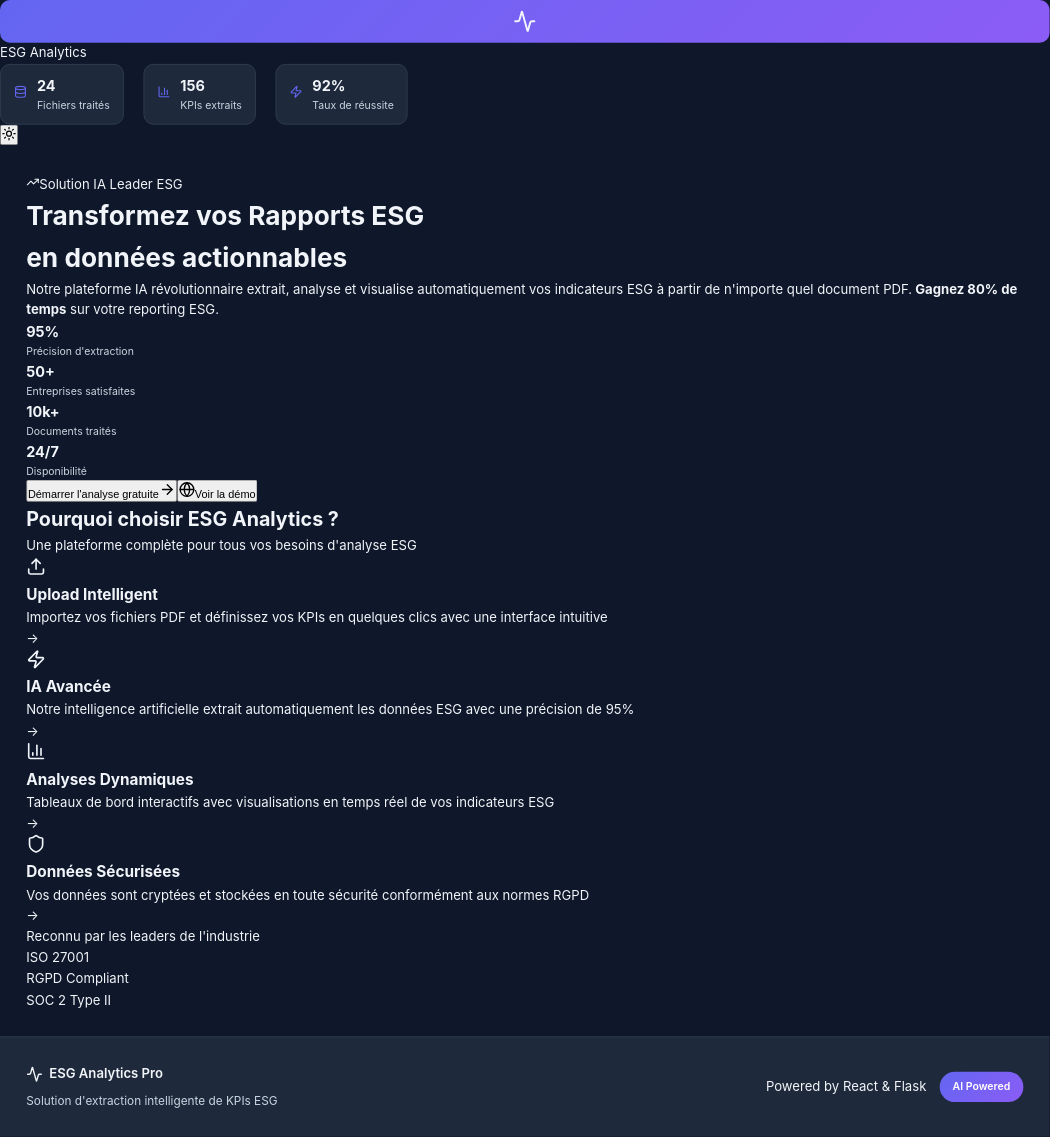
Repository: MaycemSaad/ESG_banchmarking_Project
Page: / (app in frontend/)
The author's editor kept a copy of each file at every save. The page is drawn from the files as they stood at one save, then again after the next save.
The browser window is 1280 px wide. The pictures show the whole page, at 82% of full size.
The project was rebuilt for these pictures with package versions that can differ from the ones it lists, and the page was loaded fresh each time. Also part of the build but not shown: frontend/src/components/FileUpload.css, frontend/src/components/FileUpload.js, frontend/src/components/FileAnalysis.css, frontend/src/components/FileAnalysis.js, frontend/src/components/Dashboard.css, frontend/src/components/Dashboard.js.

Above is the page before, as saved 2025-10-25 21:38:17.

### frontend/public/index.html
<!DOCTYPE html>
<html lang="en">
  <head>
    <meta charset="utf-8" />
    <link rel="icon" href="%PUBLIC_URL%/favicon.ico" />
    <meta name="viewport" content="width=device-width, initial-scale=1" />
    <meta name="theme-color" content="#000000" />
    <meta
      name="description"
      content="ESG KPI Extractor - Visual interface for ESG KPI extraction"
    />
    <title>ESG KPI Extractor</title>
  </head>
  <body>
    <noscript>You need to enable JavaScript to run this app.</noscript>
    <div id="root"></div>
  </body>
</html>

### frontend/src/index.css
body {
  margin: 0;
  font-family: -apple-system, BlinkMacSystemFont, 'Segoe UI', 'Roboto', 'Oxygen',
    'Ubuntu', 'Cantarell', 'Fira Sans', 'Droid Sans', 'Helvetica Neue',
    sans-serif;
  -webkit-font-smoothing: antialiased;
  -moz-osx-font-smoothing: grayscale;
  background-color: #f8f9fa;
}

code {
  font-family: source-code-pro, Menlo, Monaco, Consolas, 'Courier New',
    monospace;
}

* {
  box-sizing: border-box;
}

#root {
  min-height: 100vh;
}

### frontend/src/components/Home.js
import React from 'react';
import { Upload, BarChart3, Zap, ArrowRight, Shield, TrendingUp, Globe, Database } from 'lucide-react';

const Home = ({ onGetStarted, darkMode }) => {
  const features = [
    {
      icon: <Upload size={24} />,
      title: "Upload Intelligent",
      description: "Importez vos fichiers PDF et définissez vos KPIs en quelques clics avec une interface intuitive"
    },
    {
      icon: <Zap size={24} />,
      title: "IA Avancée",
      description: "Notre intelligence artificielle extrait automatiquement les données ESG avec une précision de 95%"
    },
    {
      icon: <BarChart3 size={24} />,
      title: "Analyses Dynamiques",
      description: "Tableaux de bord interactifs avec visualisations en temps réel de vos indicateurs ESG"
    },
    {
      icon: <Shield size={24} />,
      title: "Données Sécurisées",
      description: "Vos données sont cryptées et stockées en toute sécurité conformément aux normes RGPD"
    }
  ];

  const stats = [
    { value: "95%", label: "Précision d'extraction" },
    { value: "50+", label: "Entreprises satisfaites" },
    { value: "10k+", label: "Documents traités" },
    { value: "24/7", label: "Disponibilité" }
  ];

  return (
    <div className="home-fullscreen">
      {/* Background animé */}
      <div className="background-animation">
        <div className="floating-shapes">
          <div className="shape shape-1"></div>
          <div className="shape shape-2"></div>
          <div className="shape shape-3"></div>
        </div>
      </div>

      <div className="home-container">
        {/* Hero Section */}
        <div className="home-hero">
          <div className="hero-content">
            <div className="badge">
              <TrendingUp size={16} />
              <span>Solution IA Leader ESG</span>
            </div>

            <h1 className="hero-title">
              Transformez vos
              <span className="gradient-text"> Rapports ESG</span>
              <br />en données actionnables
            </h1>

            <p className="hero-description">
              Notre plateforme IA révolutionnaire extrait, analyse et visualise
              automatiquement vos indicateurs ESG à partir de n'importe quel document PDF.
              <strong> Gagnez 80% de temps</strong> sur votre reporting ESG.
            </p>

            <div className="hero-stats">
              {stats.map((stat, index) => (
                <div key={index} className="stat">
                  <div className="stat-value">{stat.value}</div>
                  <div className="stat-label">{stat.label}</div>
                </div>
              ))}
            </div>

            <div className="cta-container">
              <button
                className="cta-button primary"
                onClick={onGetStarted}
              >
                <span>Démarrer l'analyse gratuite</span>
                <ArrowRight size={20} />
              </button>
              <button className="cta-button secondary">
                <Globe size={20} />
                <span>Voir la démo</span>
              </button>
            </div>
          </div>

          <div className="hero-visual">
            <div className="mockup-dashboard">
              <div className="mockup-header">
                <div className="mockup-dots">
                  <span></span>
                  <span></span>
                  <span></span>
                </div>
              </div>
              <div className="mockup-content">
                <div className="chart-placeholder"></div>
                <div className="data-grid">
                  <div className="data-row"></div>
                  <div className="data-row"></div>
                  <div className="data-row"></div>
                </div>
              </div>
            </div>
          </div>
        </div>

        {/* Features Grid */}
        <div className="features-section">
          <div className="section-header">
            <h2>Pourquoi choisir ESG Analytics ?</h2>
            <p>Une plateforme complète pour tous vos besoins d'analyse ESG</p>
          </div>

          <div className="features-grid">
            {features.map((feature, index) => (
              <div key={index} className="feature-card enhanced">
                <div className="feature-icon-wrapper">
                  {feature.icon}
                </div>
                <h3 className="feature-title">{feature.title}</h3>
                <p className="feature-description">{feature.description}</p>
                <div className="feature-arrow">→</div>
              </div>
            ))}
          </div>
        </div>

        {/* Trust Badges */}
        <div className="trust-section">
          <p>Reconnu par les leaders de l'industrie</p>
          <div className="trust-badges">
            <div className="badge">ISO 27001</div>
            <div className="badge">RGPD Compliant</div>
            <div className="badge">SOC 2 Type II</div>
          </div>
        </div>
      </div>
    </div>
  );
};

export default Home;

### frontend/src/App.css
/* Variables CSS modernes */
:root {
  --primary-color: #6366f1;
  --primary-dark: #4f46e5;
  --primary-light: #8b5cf6;
  --secondary-color: #64748b;
  --success-color: #10b981;
  --error-color: #ef4444;
  --warning-color: #f59e0b;
  --background-color: #0f172a;
  --surface-color: #1e293b;
  --surface-light: #334155;
  --text-primary: #f1f5f9;
  --text-secondary: #cbd5e1;
  --text-muted: #64748b;
  --border-color: #334155;
  --shadow: 0 4px 6px -1px rgba(0, 0, 0, 0.3), 0 2px 4px -1px rgba(0, 0, 0, 0.2);
  --shadow-lg: 0 10px 15px -3px rgba(0, 0, 0, 0.3), 0 4px 6px -2px rgba(0, 0, 0, 0.2);
  --gradient-primary: linear-gradient(135deg, var(--primary-color), var(--primary-light));
  --gradient-surface: linear-gradient(135deg, var(--surface-color), var(--surface-light));
}

/* Reset et base */
* {
  margin: 0;
  padding: 0;
  box-sizing: border-box;
}

body {
  font-family: 'Inter', -apple-system, BlinkMacSystemFont, 'Segoe UI', 'Roboto', sans-serif;
  background-color: var(--background-color);
  color: var(--text-primary);
  line-height: 1.6;
}

.App {
  min-height: 100vh;
  display: flex;
  flex-direction: column;
  background: var(--background-color);
}

/* Header moderne avec glass morphism */
.app-header {
  background: rgba(30, 41, 59, 0.8);
  backdrop-filter: blur(20px);
  border-bottom: 1px solid var(--border-color);
  padding: 1rem 0;
  position: sticky;
  top: 0;
  z-index: 100;
}

.header-container {
  max-width: 1400px;
  margin: 0 auto;
  padding: 0 2rem;
  display: flex;
  justify-content: space-between;
  align-items: center;
  gap: 2rem;
}

.header-left {
  display: flex;
  align-items: center;
  gap: 1.5rem;
}

.menu-toggle {
  background: none;
  border: none;
  cursor: pointer;
  padding: 0.5rem;
  border-radius: 8px;
  transition: all 0.3s ease;
}

.menu-toggle:hover {
  background: var(--surface-light);
}

.hamburger {
  display: flex;
  flex-direction: column;
  gap: 4px;
  width: 20px;
}

.hamburger span {
  height: 2px;
  background: var(--text-primary);
  transition: all 0.3s ease;
  border-radius: 2px;
}

.hamburger.open span:nth-child(1) {
  transform: rotate(45deg) translate(6px, 6px);
}

.hamburger.open span:nth-child(2) {
  opacity: 0;
}

.hamburger.open span:nth-child(3) {
  transform: rotate(-45deg) translate(6px, -6px);
}

.logo-section {
  display: flex;
  align-items: center;
  gap: 1rem;
}

.logo {
  background: var(--gradient-primary);
  padding: 0.75rem;
  border-radius: 12px;
  display: flex;
  align-items: center;
  justify-content: center;
}

.header-text h1 {
  font-size: 1.5rem;
  font-weight: 700;
  background: linear-gradient(135deg, var(--text-primary), var(--text-secondary));
  -webkit-background-clip: text;
  -webkit-text-fill-color: transparent;
  background-clip: text;
}

.header-text p {
  color: var(--text-secondary);
  font-size: 0.9rem;
}

.header-right {
  display: flex;
  align-items: center;
  gap: 2rem;
}

.quick-stats {
  display: flex;
  gap: 1.5rem;
}

.stat-item {
  display: flex;
  align-items: center;
  gap: 0.75rem;
  padding: 0.75rem 1rem;
  background: var(--surface-color);
  border-radius: 12px;
  border: 1px solid var(--border-color);
}

.stat-icon {
  color: var(--primary-color);
}

.stat-info {
  display: flex;
  flex-direction: column;
}

.stat-value {
  font-weight: 700;
  font-size: 1.1rem;
  color: var(--text-primary);
}

.stat-label {
  font-size: 0.8rem;
  color: var(--text-secondary);
}

.home-button {
  display: flex;
  align-items: center;
  gap: 0.5rem;
  background: var(--gradient-primary);
  color: white;
  border: none;
  padding: 0.75rem 1.5rem;
  border-radius: 10px;
  cursor: pointer;
  transition: all 0.3s ease;
  font-weight: 500;
}

.home-button:hover {
  transform: translateY(-2px);
  box-shadow: var(--shadow-lg);
}

/* Sidebar moderne */
.app-sidebar {
  position: fixed;
  top: 0;
  left: -300px;
  width: 300px;
  height: 100vh;
  background: var(--surface-color);
  border-right: 1px solid var(--border-color);
  transition: left 0.3s ease;
  z-index: 1000;
  display: flex;
  flex-direction: column;
}

.app-sidebar.open {
  left: 0;
}

.sidebar-header {
  padding: 2rem 1.5rem 1rem;
  border-bottom: 1px solid var(--border-color);
}

.sidebar-text h2 {
  font-size: 1.25rem;
  font-weight: 700;
  margin-bottom: 0.25rem;
}

.sidebar-text p {
  color: var(--text-secondary);
  font-size: 0.9rem;
}

.sidebar-nav {
  flex: 1;
  padding: 1.5rem 0;
}

.sidebar-tab {
  display: flex;
  align-items: center;
  gap: 1rem;
  width: 100%;
  padding: 1rem 1.5rem;
  background: none;
  border: none;
  color: var(--text-secondary);
  cursor: pointer;
  transition: all 0.3s ease;
  position: relative;
  text-align: left;
}

.sidebar-tab:hover {
  background: var(--surface-light);
  color: var(--text-primary);
}

.sidebar-tab.active {
  background: var(--surface-light);
  color: var(--primary-color);
  border-right: 3px solid var(--primary-color);
}

.sidebar-tab:disabled {
  opacity: 0.5;
  cursor: not-allowed;
}

.tab-content {
  flex: 1;
}

.tab-label {
  display: block;
  font-weight: 500;
  margin-bottom: 0.25rem;
}

.tab-description {
  font-size: 0.8rem;
  color: var(--text-muted);
}

.active-indicator {
  position: absolute;
  right: 1rem;
  width: 6px;
  height: 6px;
  background: var(--primary-color);
  border-radius: 50%;
}

.sidebar-footer {
  padding: 1.5rem;
  border-top: 1px solid var(--border-color);
}

.connection-status {
  display: flex;
  align-items: center;
  gap: 0.75rem;
  padding: 0.75rem;
  background: var(--surface-light);
  border-radius: 8px;
}

.status-indicator {
  width: 8px;
  height: 8px;
  border-radius: 50%;
  background: var(--success-color);
}

.status-indicator.connected {
  background: var(--success-color);
}

.sidebar-overlay {
  position: fixed;
  top: 0;
  left: 0;
  right: 0;
  bottom: 0;
  background: rgba(0, 0, 0, 0.5);
  z-index: 999;
}

/* Main content */
.app-main {
  flex: 1;
  padding: 2rem;
  margin-left: 0;
  transition: margin-left 0.3s ease;
}

.app-sidebar.open ~ .app-main {
  margin-left: 300px;
}

.page-container {
  max-width: 1200px;
  margin: 0 auto;
}

/* Notifications modernes améliorées */
.process-result {
  position: relative;
  padding: 1.5rem;
  border-radius: 16px;
  margin-bottom: 2rem;
  overflow: hidden;
  border: 1px solid var(--border-color);
}

.process-result.success {
  background: var(--surface-color);
}

.process-result.error {
  background: var(--surface-color);
}

.result-background {
  position: absolute;
  top: 0;
  left: 0;
  right: 0;
  bottom: 0;
  background: var(--gradient-surface);
  opacity: 0.1;
}

.result-content {
  position: relative;
  z-index: 1;
}

.result-header {
  display: flex;
  align-items: flex-start;
  gap: 1rem;
  margin-bottom: 1.5rem;
}

.result-icon-wrapper {
  flex-shrink: 0;
}

.success-icon, .error-icon {
  width: 40px;
  height: 40px;
  border-radius: 50%;
  display: flex;
  align-items: center;
  justify-content: center;
  font-weight: bold;
  font-size: 1.2rem;
}

.success-icon {
  background: var(--success-color);
  color: white;
}

.error-icon {
  background: var(--error-color);
  color: white;
}

.result-text h4 {
  font-size: 1.25rem;
  font-weight: 600;
  margin-bottom: 0.5rem;
}

.result-text p {
  color: var(--text-secondary);
}

.result-actions {
  display: flex;
  gap: 1rem;
  flex-wrap: wrap;
}

.action-btn {
  display: flex;
  align-items: center;
  gap: 0.5rem;
  padding: 0.75rem 1.5rem;
  border: none;
  border-radius: 10px;
  font-weight: 500;
  cursor: pointer;
  transition: all 0.3s ease;
}

.action-btn.primary {
  background: var(--gradient-primary);
  color: white;
}

.action-btn.primary:hover {
  transform: translateY(-2px);
  box-shadow: var(--shadow-lg);
}

.action-btn.secondary {
  background: var(--surface-light);
  color: var(--text-primary);
  border: 1px solid var(--border-color);
}

.action-btn.secondary:hover {
  background: var(--surface-color);
  transform: translateY(-2px);
}

.close-result {
  position: absolute;
  top: 1rem;
  right: 1rem;
  background: none;
  border: none;
  color: var(--text-secondary);
  cursor: pointer;
  padding: 0.5rem;
  border-radius: 8px;
  transition: all 0.3s ease;
  z-index: 2;
}

.close-result:hover {
  background: var(--surface-light);
  color: var(--text-primary);
}

/* Footer moderne */
.app-footer {
  background: var(--surface-color);
  border-top: 1px solid var(--border-color);
  margin-top: auto;
}

.footer-container {
  max-width: 1400px;
  margin: 0 auto;
  padding: 2rem;
}

.footer-content {
  display: flex;
  justify-content: space-between;
  align-items: center;
}

.footer-brand {
  display: flex;
  flex-direction: column;
  gap: 0.5rem;
}

.footer-logo {
  display: flex;
  align-items: center;
  gap: 0.5rem;
  font-weight: 600;
  color: var(--text-primary);
}

.footer-brand p {
  color: var(--text-secondary);
  font-size: 0.9rem;
}

.footer-tech {
  display: flex;
  align-items: center;
  gap: 1rem;
}

.tech-badge {
  background: var(--gradient-primary);
  color: white;
  padding: 0.5rem 1rem;
  border-radius: 20px;
  font-size: 0.8rem;
  font-weight: 600;
}

/* Responsive */
@media (max-width: 768px) {
  .header-container {
    flex-direction: column;
    gap: 1rem;
    padding: 1rem;
  }

  .header-left, .header-right {
    width: 100%;
    justify-content: space-between;
  }

  .quick-stats {
    display: none;
  }

  .app-sidebar {
    width: 280px;
    left: -280px;
  }

  .app-sidebar.open ~ .app-main {
    margin-left: 0;
  }

  .app-main {
    padding: 1rem;
  }

  .result-actions {
    flex-direction: column;
  }

  .action-btn {
    justify-content: center;
  }

  .footer-content {
    flex-direction: column;
    gap: 1.5rem;
    text-align: center;
  }
}

@media (max-width: 480px) {
  .header-text h1 {
    font-size: 1.25rem;
  }

  .logo {
    padding: 0.5rem;
  }

  .logo svg {
    width: 24px;
    height: 24px;
  }
}

Loaded but not shown: frontend/src/index.js (common file); frontend/src/App.js (263 lines, source omitted); frontend/src/services/api.js (91 lines, source omitted)

After the next save:
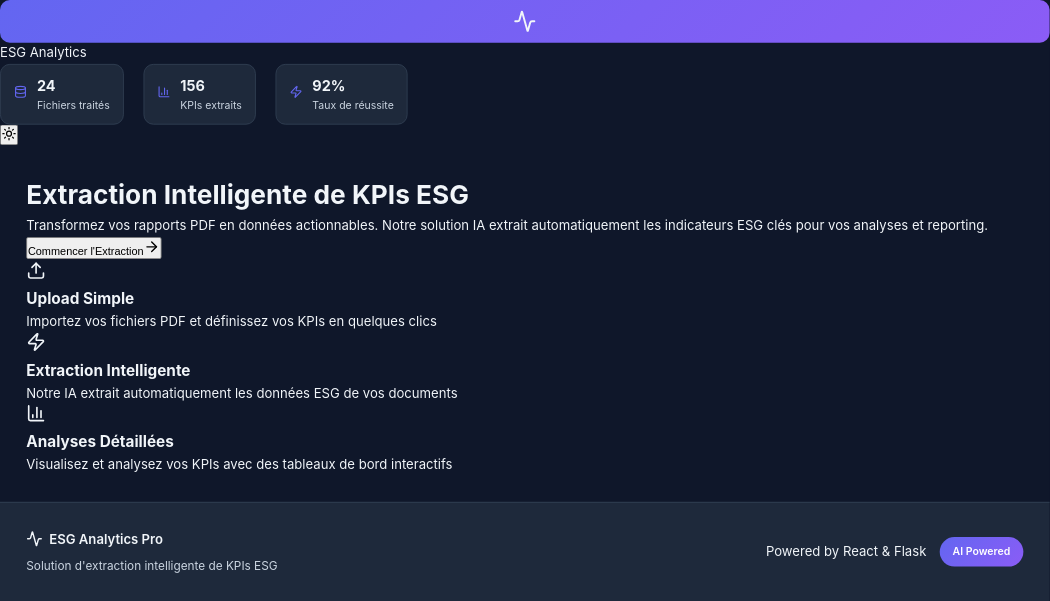
Saved 7 s later.
--- a/frontend/src/components/Home.js
+++ b/frontend/src/components/Home.js
@@ -1,142 +1,59 @@
 import React from 'react';
-import { Upload, BarChart3, Zap, ArrowRight, Shield, TrendingUp, Globe, Database } from 'lucide-react';
+import { Upload, BarChart3, Zap, ArrowRight } from 'lucide-react';
 
 const Home = ({ onGetStarted, darkMode }) => {
   const features = [
     {
       icon: <Upload size={24} />,
-      title: "Upload Intelligent",
-      description: "Importez vos fichiers PDF et définissez vos KPIs en quelques clics avec une interface intuitive"
+      title: "Upload Simple",
+      description: "Importez vos fichiers PDF et définissez vos KPIs en quelques clics"
     },
     {
       icon: <Zap size={24} />,
-      title: "IA Avancée",
-      description: "Notre intelligence artificielle extrait automatiquement les données ESG avec une précision de 95%"
+      title: "Extraction Intelligente",
+      description: "Notre IA extrait automatiquement les données ESG de vos documents"
     },
     {
       icon: <BarChart3 size={24} />,
-      title: "Analyses Dynamiques",
-      description: "Tableaux de bord interactifs avec visualisations en temps réel de vos indicateurs ESG"
-    },
-    {
-      icon: <Shield size={24} />,
-      title: "Données Sécurisées",
-      description: "Vos données sont cryptées et stockées en toute sécurité conformément aux normes RGPD"
+      title: "Analyses Détaillées",
+      description: "Visualisez et analysez vos KPIs avec des tableaux de bord interactifs"
     }
-  ];
-
-  const stats = [
-    { value: "95%", label: "Précision d'extraction" },
-    { value: "50+", label: "Entreprises satisfaites" },
-    { value: "10k+", label: "Documents traités" },
-    { value: "24/7", label: "Disponibilité" }
   ];
 
   return (
     <div className="home-fullscreen">
-      {/* Background animé */}
-      <div className="background-animation">
-        <div className="floating-shapes">
-          <div className="shape shape-1"></div>
-          <div className="shape shape-2"></div>
-          <div className="shape shape-3"></div>
-        </div>
-      </div>
-
       <div className="home-container">
-        {/* Hero Section */}
         <div className="home-hero">
           <div className="hero-content">
-            <div className="badge">
-              <TrendingUp size={16} />
-              <span>Solution IA Leader ESG</span>
-            </div>
-
             <h1 className="hero-title">
-              Transformez vos
-              <span className="gradient-text"> Rapports ESG</span>
-              <br />en données actionnables
+              Extraction Intelligente de
+              <span className="gradient-text"> KPIs ESG</span>
             </h1>
-
             <p className="hero-description">
-              Notre plateforme IA révolutionnaire extrait, analyse et visualise
-              automatiquement vos indicateurs ESG à partir de n'importe quel document PDF.
-              <strong> Gagnez 80% de temps</strong> sur votre reporting ESG.
+              Transformez vos rapports PDF en données actionnables.
+              Notre solution IA extrait automatiquement les indicateurs ESG
+              clés pour vos analyses et reporting.
             </p>
 
-            <div className="hero-stats">
-              {stats.map((stat, index) => (
-                <div key={index} className="stat">
-                  <div className="stat-value">{stat.value}</div>
-                  <div className="stat-label">{stat.label}</div>
-                </div>
-              ))}
-            </div>
-
-            <div className="cta-container">
-              <button
-                className="cta-button primary"
-                onClick={onGetStarted}
-              >
-                <span>Démarrer l'analyse gratuite</span>
-                <ArrowRight size={20} />
-              </button>
-              <button className="cta-button secondary">
-                <Globe size={20} />
-                <span>Voir la démo</span>
-              </button>
-            </div>
+            <button
+              className="cta-button"
+              onClick={onGetStarted}
+            >
+              <span>Commencer l'Extraction</span>
+              <ArrowRight size={20} />
+            </button>
           </div>
 
-          <div className="hero-visual">
-            <div className="mockup-dashboard">
-              <div className="mockup-header">
-                <div className="mockup-dots">
-                  <span></span>
-                  <span></span>
-                  <span></span>
-                </div>
-              </div>
-              <div className="mockup-content">
-                <div className="chart-placeholder"></div>
-                <div className="data-grid">
-                  <div className="data-row"></div>
-                  <div className="data-row"></div>
-                  <div className="data-row"></div>
-                </div>
-              </div>
-            </div>
-          </div>
-        </div>
-
-        {/* Features Grid */}
-        <div className="features-section">
-          <div className="section-header">
-            <h2>Pourquoi choisir ESG Analytics ?</h2>
-            <p>Une plateforme complète pour tous vos besoins d'analyse ESG</p>
-          </div>
-
-          <div className="features-grid">
+          <div className="hero-features">
             {features.map((feature, index) => (
-              <div key={index} className="feature-card enhanced">
-                <div className="feature-icon-wrapper">
+              <div key={index} className="feature-card">
+                <div className="feature-icon">
                   {feature.icon}
                 </div>
                 <h3 className="feature-title">{feature.title}</h3>
                 <p className="feature-description">{feature.description}</p>
-                <div className="feature-arrow">→</div>
               </div>
             ))}
-          </div>
-        </div>
-
-        {/* Trust Badges */}
-        <div className="trust-section">
-          <p>Reconnu par les leaders de l'industrie</p>
-          <div className="trust-badges">
-            <div className="badge">ISO 27001</div>
-            <div className="badge">RGPD Compliant</div>
-            <div className="badge">SOC 2 Type II</div>
           </div>
         </div>
       </div>
